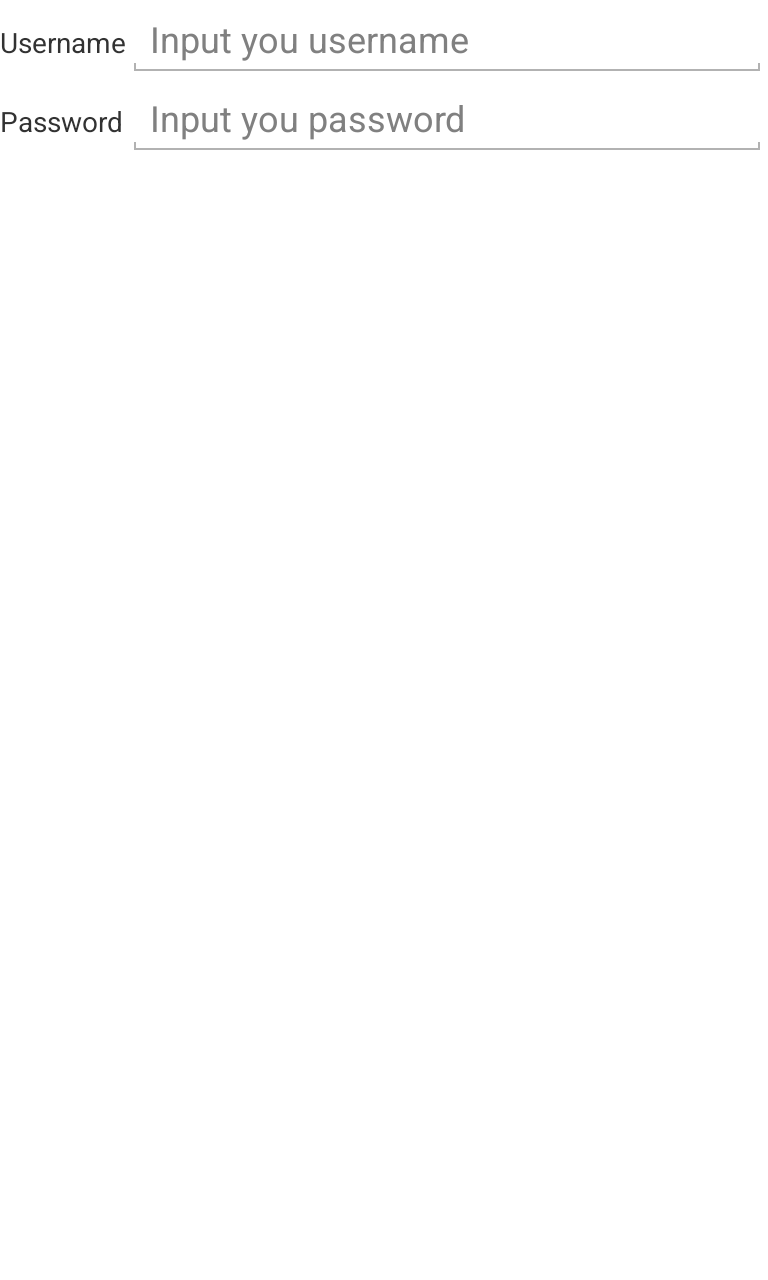
Repository: HantaoShu/android_learning
Layout: BroadcastBestPractice/res/layout/login.xml
An editor plug-in stored every save of this project. The layout is shown before and after the next save, followed by the edit.
It is drawn on a 768 x 1280 px phone screen (xhdpi) without system bars, with theme AppTheme; the app's code is not run.

Above is the layout before, as saved 2016-02-14 08:29:28.

After the next save:
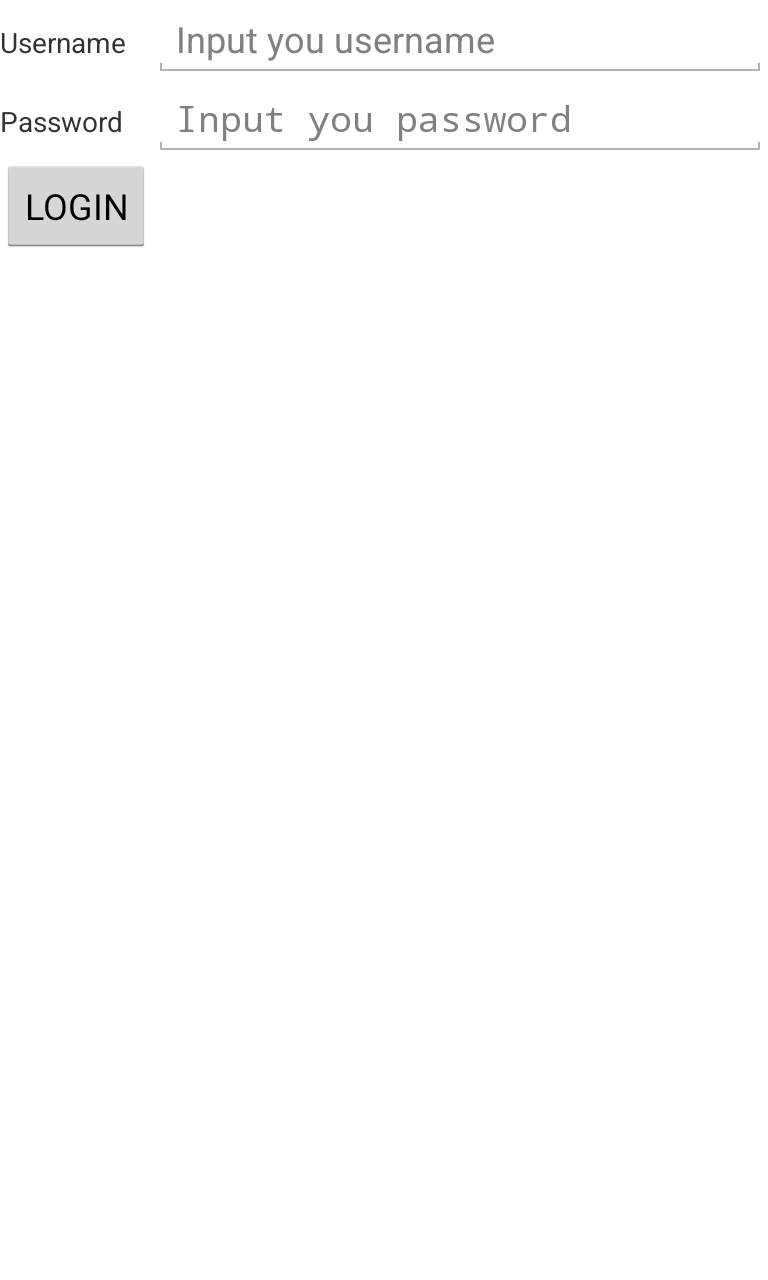
Saved 95 s later.
--- a/BroadcastBestPractice/res/layout/login.xml
+++ b/BroadcastBestPractice/res/layout/login.xml
@@ -22,6 +22,13 @@
     	<EditText
     	    android:id="@+id/edit_password"
     	    android:layout_height="wrap_content"
-    	    android:hint="Input you password"/>
+    	    android:hint="Input you password"
+    	    android:inputType="textPassword"/>
+	</TableRow>
+	<TableRow >
+	    <Button
+	        android:id="@+id/login_button"
+	        android:layout_height="wrap_content"
+	        android:text="LOGIN"/>
 	</TableRow>
 </TableLayout>
